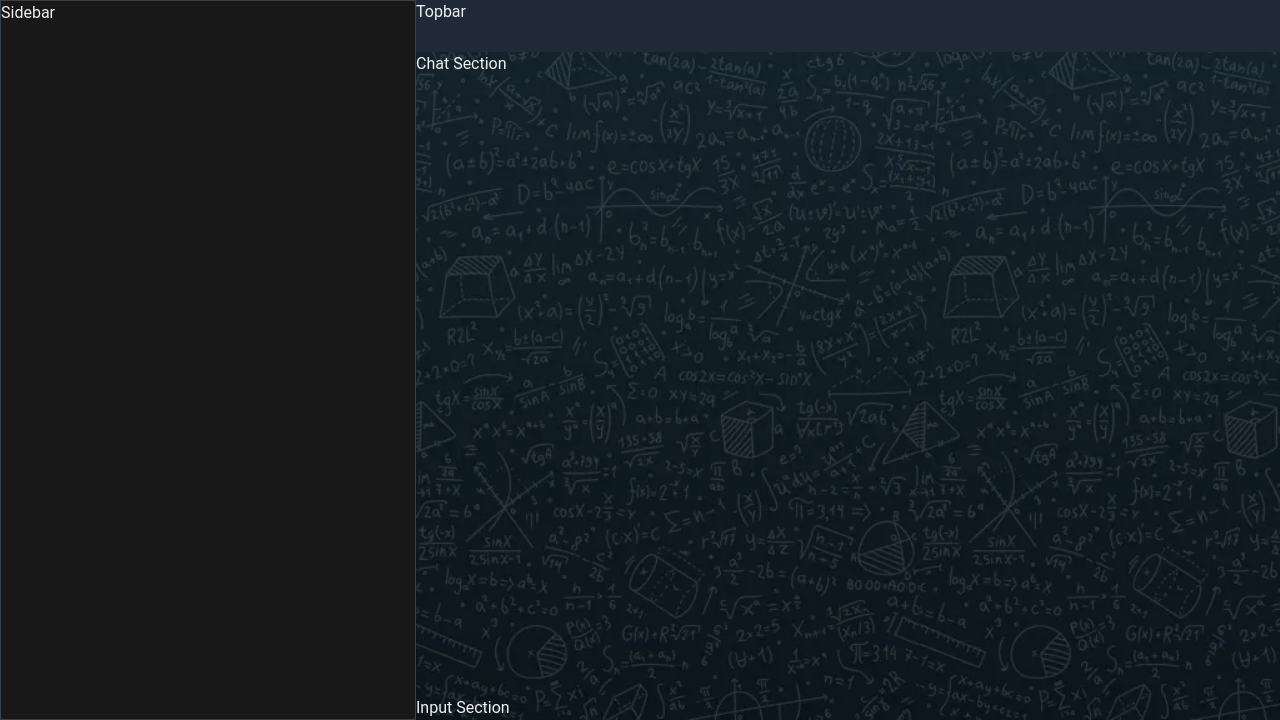
Repository: Qu4ntumGuy/telegram-clone
Page: /
The author's editor kept a copy of each file at every save. The page is drawn from the files as they stood at one save, then again after the next save.
The browser window is 1280 px wide. The pictures show the whole page.
The project was rebuilt for these pictures with package versions that can differ from the ones it lists, and the page was loaded fresh each time. Also part of the build but not shown: src/Utils/ContextProvider.js.

Above is the page before, as saved 2024-07-15 11:35:55.

### src/index.css
@tailwind base;
@tailwind components;
@tailwind utilities;

:root {
  font-family: "Roboto", sans-serif;
  color-scheme: light;
  body {
    @apply bg-[#181818] text-[#f0f0f0];
  }
}
/*
:root {
  @apply bg-[#181818];
} */

### src/App.js
import { Routes, BowserRouter, Route } from "react-router-dom";
import Sidebar from "./Components/Sidebar";
import Home from "./Pages/Home/Home";

function App() {
  return (
    <div className="flex max-w-[105rem] mx-auto">
      <Sidebar />

      <Home />
    </div>
  );
}

export default App;

### src/Components/Sidebar.js
import React from "react";
import { useComponentContext } from "../Utils/ContextProvider";

function Sidebar() {
  const context = useComponentContext();
  return (
    <div className="min-w-[26rem] border border-gray-700 h-screen">Sidebar</div>
  );
}

export default Sidebar;

### src/Pages/Home/Home.js
import React from "react";
import backgroundImage from "../../Assets/Desktop.webp";

function Home() {
  const image =
    "https://blog.1a23.com/wp-content/uploads/sites/2/2020/02/pattern_02-150x150.png";

  //   const divStyle = {
  //     width: "100%",
  //     height: "100vh", // Adjust the height as needed
  //     backgroundImage: `url(${backgroundImage})`,
  //     backgroundSize: "cover", // Ensures the image covers the entire div
  //     backgroundPosition: "center", // Centers the image
  //   };
  return (
    <div
      className="flex flex-col justify-center bg-cover h-screen w-full "
      style={{ backgroundImage: `url(${backgroundImage})` }}
    >
      <div className="top-0 mb-auto h-14 border-b border-gray-800 bg-gray-800">
        Topbar
      </div>
      <div className="flex flex-col h-full">
        <div className="top-0">Chat Section</div>
        <div className="bottom-0 mt-auto">Input Section</div>
      </div>
    </div>
  );
}

export default Home;

Loaded but not shown: public/index.html (common file); src/index.js (common file); src/reportWebVitals.js (common file); tailwind.config.js (common file)

After the next save:
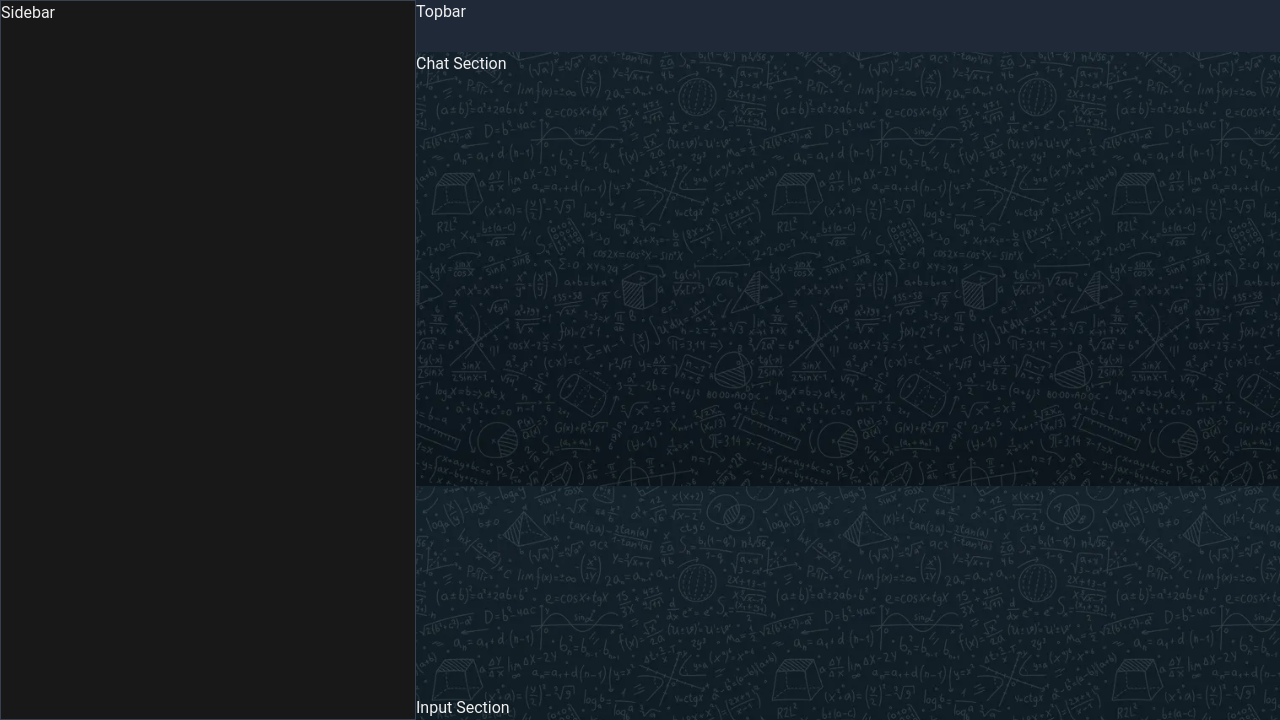
Saved 16 s later.
--- a/src/Pages/Home/Home.js
+++ b/src/Pages/Home/Home.js
@@ -14,7 +14,7 @@ function Home() {
   //   };
   return (
     <div
-      className="flex flex-col justify-center bg-cover h-screen w-full "
+      className="flex flex-col justify-center bg-contain h-screen w-full "
       style={{ backgroundImage: `url(${backgroundImage})` }}
     >
       <div className="top-0 mb-auto h-14 border-b border-gray-800 bg-gray-800">
